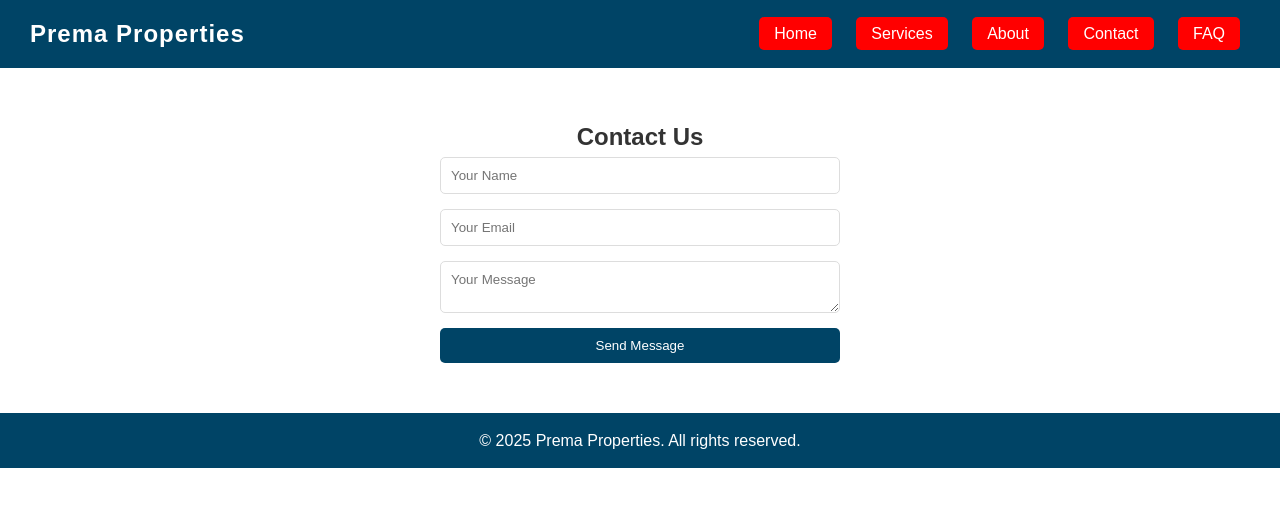
Repository: mnqobiMenzi/Prema-Properties
Page: contact-us.html
These files come from the project's save history. The page is drawn as it stood at one moment and after a run of saves; the edit follows.
The browser window is 1280 px wide. The pictures show the whole page.

Above is the page before, as saved 2025-10-04 08:51:15.

After the next 2 saves:
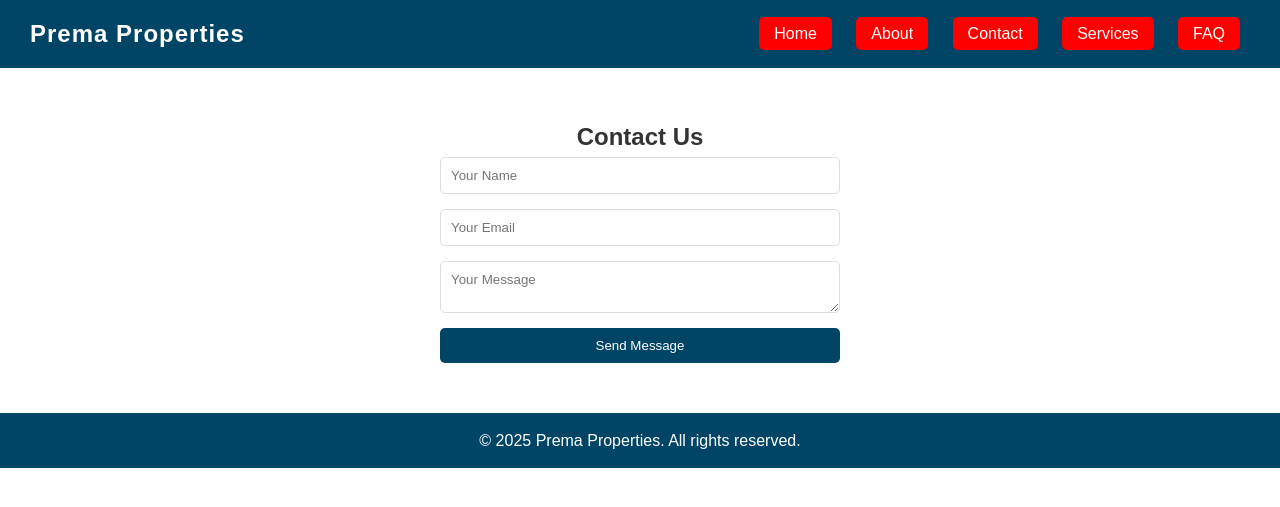
The 2 saves are shown as one change because they came seconds apart.
The last was saved 10 s later.
--- a/contact-us.html
+++ b/contact-us.html
@@ -13,9 +13,9 @@
     <div class="logo">Prema Properties</div>
     <nav>
       <a href="index.html" class="active">Home</a>
-      <a href="services.html" class="active">Services</a>
       <a href="about-us.html" class="active">About</a>
       <a href="#contact" class="active">Contact</a>
+      <a href="services.html" class="active">Services</a>
       <a href="FAQ.html" class="active">FAQ</a>
     </nav>
   </header>
